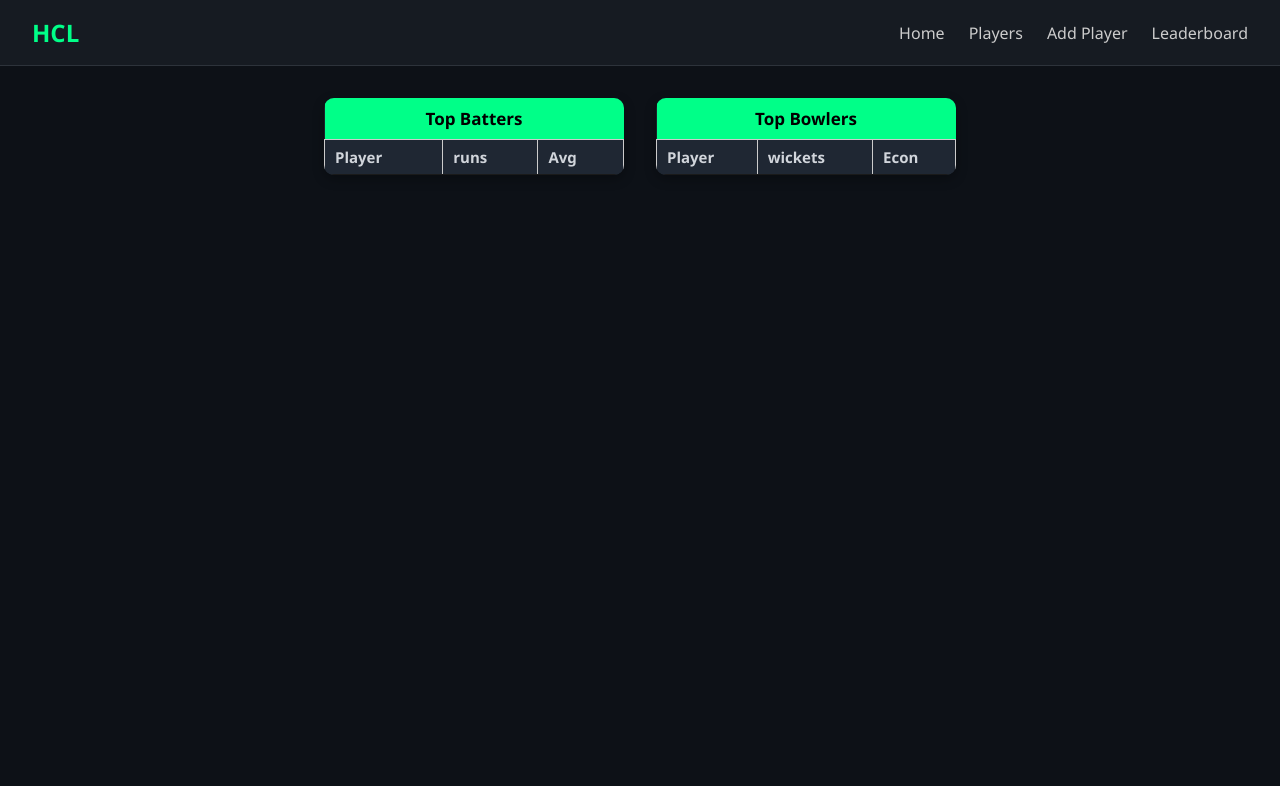
Repository: DanTastic-Dev/HCL
Page: / (app in cricket-app/)
These files come from the project's save history. The page is drawn as it stood at one moment and after the next save; the edit follows.
The browser window is 1280 px wide. The pictures show the whole page.
The page's requests for data from a server got no answer. The project was rebuilt for these pictures with package versions that can differ from the ones it lists, and the page was loaded fresh each time. No one was signed in, and anything a server would have sent is missing. Also part of the build but not shown: cricket-app/src/components/TopPerformers.jsx, cricket-app/src/components/IntroAnimation.css, cricket-app/src/components/PlayerForm.jsx, cricket-app/src/components/PlayerTable.jsx, cricket-app/src/pages/AddPlayerPage.jsx, cricket-app/src/components/PlayerCard.jsx, cricket-app/src/pages/ViewPlayersPage.jsx, cricket-app/src/pages/LeaderboardPage.jsx and 1 more.

Above is the page before, as saved 2025-06-18 15:42:34.

### cricket-app/public/index.html
<!DOCTYPE html>
<html lang="en">
  <head>
    <meta charset="UTF-8" />
    <meta name="viewport" content="width=device-width, initial-scale=1.0"/>
    <title>Cricket Stats App</title>
  </head>
  <body>
    <div id="root"></div>
  </body>
</html>

### cricket-app/src/index.js
import React from 'react';
import ReactDOM from 'react-dom/client';
import AppWithAnimation from './AppWithAnimation';
import './index.css';

const root = ReactDOM.createRoot(document.getElementById('root'));
root.render(
    <React.StrictMode>
        <AppWithAnimation />
    </React.StrictMode>
);

### cricket-app/src/AppWithAnimation.jsx
import React, { useState } from 'react';
import App from './App';
import IntroAnimation from './components/IntroAnimation';

const AppWithAnimation = () => {
    const [showIntro, setShowIntro] = useState(true);

    return showIntro ? <IntroAnimation onComplete={() => setShowIntro(false)} /> : <App />;
};

export default AppWithAnimation;

### cricket-app/src/index.css
/* index.css */

* {
  margin: 0;
  padding: 0;
  box-sizing: border-box;
  font-family: 'Segoe UI', Tahoma, Geneva, Verdana, sans-serif;
}

body {
  background-color: #f4f6f8;
  color: #333;
}

button {
  cursor: pointer;
  background-color: #007bff;
  border: none;
  color: white;
  padding: 8px 14px;
  border-radius: 4px;
  transition: background-color 0.2s ease;
}

button:hover {
  background-color: #0056b3;
}

input {
  padding: 8px;
  margin: 4px 0;
  border-radius: 4px;
  border: 1px solid #ccc;
  width: 100%;
}

table {
  width: 100%;
  border-collapse: collapse;
}

th, td {
  padding: 12px;
  border: 1px solid #ccc;
  text-align: left;
}

th {
  background-color: #e9ecef;
}

.container {
  max-width: 1200px;
  margin: 0 auto;
  padding: 20px;
}

/* index.css */
body, html {
  margin: 0;
  padding: 0;
  background-color: #0D1117; /* Deep black */
  color: #FFFFFF;
  font-family: 'Segoe UI', sans-serif;
  min-height: 100vh;
}

### cricket-app/src/App.js
import React from "react";
import { BrowserRouter as Router, Routes, Route } from "react-router-dom";
import HomePage from "./pages/HomePage";
import AddPlayerPage from "./pages/AddPlayerPage";
import ViewPlayersPage from "./pages/ViewPlayersPage";
import LeaderboardPage from "./pages/LeaderboardPage";
import EditPlayerPage from "./pages/EditPlayerPage"; // ✅ Add this line
import Navbar from "./components/Navbar";

const App = () => {
    return (
        <Router>
            <div style={{
                backgroundColor: "#0D1117",
                color: "#FFFFFF",
                minHeight: "100vh"
            }}>
                <Navbar />
                <Routes>
                    <Route path="/" element={<HomePage />} />
                    <Route path="/add" element={<AddPlayerPage />} />
                    <Route path="/players" element={<ViewPlayersPage />} />
                    <Route path="/leaderboard" element={<LeaderboardPage />} />
                    <Route path="/edit/:id" element={<EditPlayerPage />} /> {/* ✅ Add this */}
                </Routes>
            </div>
        </Router>
    );
};

export default App;

### cricket-app/src/components/IntroAnimation.jsx
import React, { useEffect, useState, useMemo } from "react";
import "./IntroAnimation.css";

const IntroAnimation = ({ topBatter, topBowler, onComplete }) => {
  const [displayText, setDisplayText] = useState("");
  const [stepIndex, setStepIndex] = useState(0);
  const [charIndex, setCharIndex] = useState(0);
  const [isTyping, setIsTyping] = useState(true);

  // 🛡️ If required data is missing, skip the intro
  useEffect(() => {
    if (!topBatter || !topBowler) {
      console.warn("Missing topBatter or topBowler, skipping intro animation");
      onComplete?.();
    }
  }, [topBatter, topBowler, onComplete]);

  const batterAvg =
    topBatter?.innings - topBatter?.notOuts > 0
      ? (topBatter.runs / (topBatter.innings - topBatter.notOuts)).toFixed(2)
      : "-";

  const batterSR =
    topBatter?.ballsFaced > 0
      ? ((topBatter.runs / topBatter.ballsFaced) * 100).toFixed(2)
      : "-";

  const bowlerEco =
    topBowler?.overs > 0
      ? (topBowler.runsGiven / topBowler.overs).toFixed(2)
      : "-";

  const steps = useMemo(() => {
    if (!topBatter || !topBowler) return [];

    return [
      `🏏 ${topBatter.runs} runs... ${batterAvg} avg... ${batterSR} SR...`,
      `🔥 Top Run Getter`,
      `${topBatter.name}`,
      `🎯 ${topBowler.wickets} wickets... ${bowlerEco} economy...`,
      `🔥 Top Wicket Taker`,
      `${topBowler.name}`,
    ];
  }, [topBatter, topBowler, batterAvg, batterSR, bowlerEco]);

  const isNameStep = stepIndex === 2 || stepIndex === 5;
  const isTitleStep = stepIndex === 1 || stepIndex === 4;

  useEffect(() => {
    if (!steps.length || !isTyping) return;

    const currentText = steps[stepIndex];
    if (charIndex < currentText.length) {
      const timeout = setTimeout(() => {
        setDisplayText((prev) => prev + currentText[charIndex]);
        setCharIndex((prev) => prev + 1);
      }, 30);
      return () => clearTimeout(timeout);
    } else {
      setIsTyping(false);
      setTimeout(() => {
        setCharIndex(0);
        setDisplayText("");
        if (stepIndex < steps.length - 1) {
          setStepIndex((prev) => prev + 1);
          setIsTyping(true);
        } else {
          setTimeout(() => onComplete?.(), 800);
        }
      }, 1200);
    }
  }, [charIndex, isTyping, stepIndex, steps, onComplete]);

  return (
    <div
      style={{
        height: "100vh",
        backgroundColor: "#0D1117",
        color: "#00FF88",
        display: "flex",
        alignItems: "center",
        justifyContent: "center",
        fontSize: isNameStep ? "3rem" : "2.3rem",
        fontWeight: "bold",
        fontFamily: "monospace",
        letterSpacing: "1.5px",
        textAlign: "center",
        padding: "0 2rem",
        transition: "font-size 0.3s ease-in-out",
      }}
    >
      <span className={isNameStep ? "reveal-name" : isTitleStep ? "reveal-title" : ""}>
        {steps.length > 0 ? displayText : ""}
      </span>
    </div>
  );
};

export default IntroAnimation;

### cricket-app/src/pages/HomePage.jsx
import React, { useEffect, useState } from "react";
import TopPerformers from "../components/TopPerformers";
import MiniLeaderboards from "../components/MiniLeaderboards";
import IntroAnimation from "../components/IntroAnimation";

const HomePage = () => {
  const [players, setPlayers] = useState([]);
  const [showIntro, setShowIntro] = useState(false);
  const [topBatter, setTopBatter] = useState(null);
  const [topBowler, setTopBowler] = useState(null);

  useEffect(() => {
    const hasPlayedIntro = sessionStorage.getItem("hasPlayedIntro");

    fetch("http://localhost:5000/players")
      .then((res) => res.json())
      .then((data) => {
        setPlayers(data);

        const sortedBatters = [...data].sort((a, b) => b.runs - a.runs);
        const sortedBowlers = [...data].sort((a, b) => b.wickets - a.wickets);

        setTopBatter(sortedBatters[0]);
        setTopBowler(sortedBowlers[0]);

        // Only show intro if it hasn't already played
        if (!hasPlayedIntro) {
          setShowIntro(true);
        }
      });
  }, []);

  const handleIntroComplete = () => {
    sessionStorage.setItem("hasPlayedIntro", "true");
    setShowIntro(false);
  };

  return (
    <div style={{ backgroundColor: "#0D1117", color: "#FFFFFF", minHeight: "100vh" }}>
      {showIntro && topBatter && topBowler ? (
        <IntroAnimation
          topBatter={topBatter}
          topBowler={topBowler}
          onComplete={handleIntroComplete}
        />
      ) : (
        <>
          <TopPerformers players={players} />
          <MiniLeaderboards players={players} />
        </>
      )}
    </div>
  );
};

export default HomePage;

### cricket-app/src/components/Navbar.jsx
// src/components/Navbar.js
import React from "react";
import { Link } from "react-router-dom";

const Navbar = () => {
    return (
        <nav style={{
            backgroundColor: "#161B22",
            padding: "1rem 2rem",
            display: "flex",
            alignItems: "center",
            justifyContent: "space-between",
            borderBottom: "1px solid #2D333B",
            position: "sticky",
            top: 0,
            zIndex: 1000
        }}>
            <div style={{ fontSize: "1.5rem", fontWeight: "bold", color: "#00FF88" }}>
                HCL
            </div>
            <div style={{ display: "flex", gap: "1.5rem" }}>
                <Link to="/" style={navLinkStyle}>Home</Link>
                <Link to="/players" style={navLinkStyle}>Players</Link>
                <Link to="/add" style={navLinkStyle}>Add Player</Link>
                <Link to="/leaderboard" style={navLinkStyle}>Leaderboard</Link>
            </div>
        </nav>
    );
};

const navLinkStyle = {
    color: "#ccc",
    textDecoration: "none",
    fontSize: "1rem",
    transition: "color 0.3s",
};

export default Navbar;

### cricket-app/src/components/MiniLeaderboards.jsx
import React from "react";

const MiniLeaderboards = ({ players }) => {
    const topBatters = [...players].sort((a, b) => b.runs - a.runs).slice(0, 5);
    const topBowlers = [...players].sort((a, b) => b.wickets - a.wickets).slice(0, 5);

    const getBattingAverage = (player) =>
        player.innings - player.notOuts > 0
            ? (player.runs / (player.innings - player.notOuts)).toFixed(2)
            : "-";

    const getEconomy = (player) =>
        player.overs > 0
            ? (player.runsGiven / player.overs).toFixed(2)
            : "-";

    return (
        <div style={{
            display: "flex",
            justifyContent: "center",
            flexWrap: "wrap",
            gap: "2rem",
            padding: "2rem",
            backgroundColor: "#0D1117",
            color: "#d1d5db"
        }}>
            {[{ title: "Top Batters", data: topBatters, keys: ["runs", "Avg"] }, { title: "Top Bowlers", data: topBowlers, keys: ["wickets", "Econ"] }]
                .map((section, i) => (
                    <div
                        key={i}
                        style={{
                            transition: 'transform 0.3s ease, box-shadow 0.3s ease',
                            borderRadius: "10px",
                            backgroundColor: "#1C222A",
                            boxShadow: "0 4px 12px rgba(0,0,0,0.3)",
                            overflow: "hidden",
                            width: "300px"
                        }}
                        onMouseEnter={(e) => {
                            e.currentTarget.style.transform = 'translateY(-4px)';
                            e.currentTarget.style.boxShadow = '0 0 10px rgba(0, 255, 136, 0.5)';
                        }}
                        onMouseLeave={(e) => {
                            e.currentTarget.style.transform = 'translateY(0)';
                            e.currentTarget.style.boxShadow = '0 4px 12px rgba(0,0,0,0.3)';
                        }}
                    >
                        <table style={{
                            width: "100%",
                            borderCollapse: "collapse",
                            fontSize: "15px",
                            color: "#d1d5db",
                            backgroundColor: "transparent",
                            border: "none",
                            outline: "none"
                        }}>
                            <thead style={{ backgroundColor: "#1f2733" }}>
                                <tr>
                                    <th colSpan="3" style={{
                                        backgroundColor: "#00FF88",
                                        color: "#000",
                                        padding: "9px",
                                        fontSize: "17px",
                                        fontWeight: "bold",
                                        textAlign: "center",
                                        border: "none"
                                    }}>
                                        {section.title}
                                    </th>
                                </tr>
                                <tr>
                                    <th style={{
                                        padding: "7px 10px",
                                        textAlign: "left",
                                        color: "#d1d5db",
                                        backgroundColor: "#1f2733",
                                        borderBottom: "1px solid #1a1a1a"
                                    }}>Player</th>
                                    <th style={{
                                        padding: "7px 10px",
                                        textAlign: "left",
                                        color: "#d1d5db",
                                        backgroundColor: "#1f2733",
                                        borderBottom: "1px solid #1a1a1a"
                                    }}>{section.keys[0]}</th>
                                    <th style={{
                                        padding: "7px 10px",
                                        textAlign: "left",
                                        color: "#d1d5db",
                                        backgroundColor: "#1f2733",
                                        borderBottom: "1px solid #1a1a1a"
                                    }}>{section.keys[1]}</th>
                                </tr>
                            </thead>
                            <tbody>
                                {section.data.map((player, idx) => (
                                    <tr key={player._id} style={{ borderBottom: "1px solid #1a1a1a" }}>
                                        <td style={{ padding: "7px 10px" }}>{idx + 1}. {player.name}</td>
                                        <td style={{ padding: "7px 10px" }}>
                                            {section.keys[0] === "runs" ? player.runs : player.wickets}
                                        </td>
                                        <td style={{ padding: "7px 10px" }}>
                                            {section.keys[1] === "Avg"
                                                ? getBattingAverage(player)
                                                : getEconomy(player)}
                                        </td>
                                    </tr>
                                ))}
                            </tbody>
                        </table>
                    </div>
                ))}
        </div>
    );
};

export default MiniLeaderboards;

After the next save:
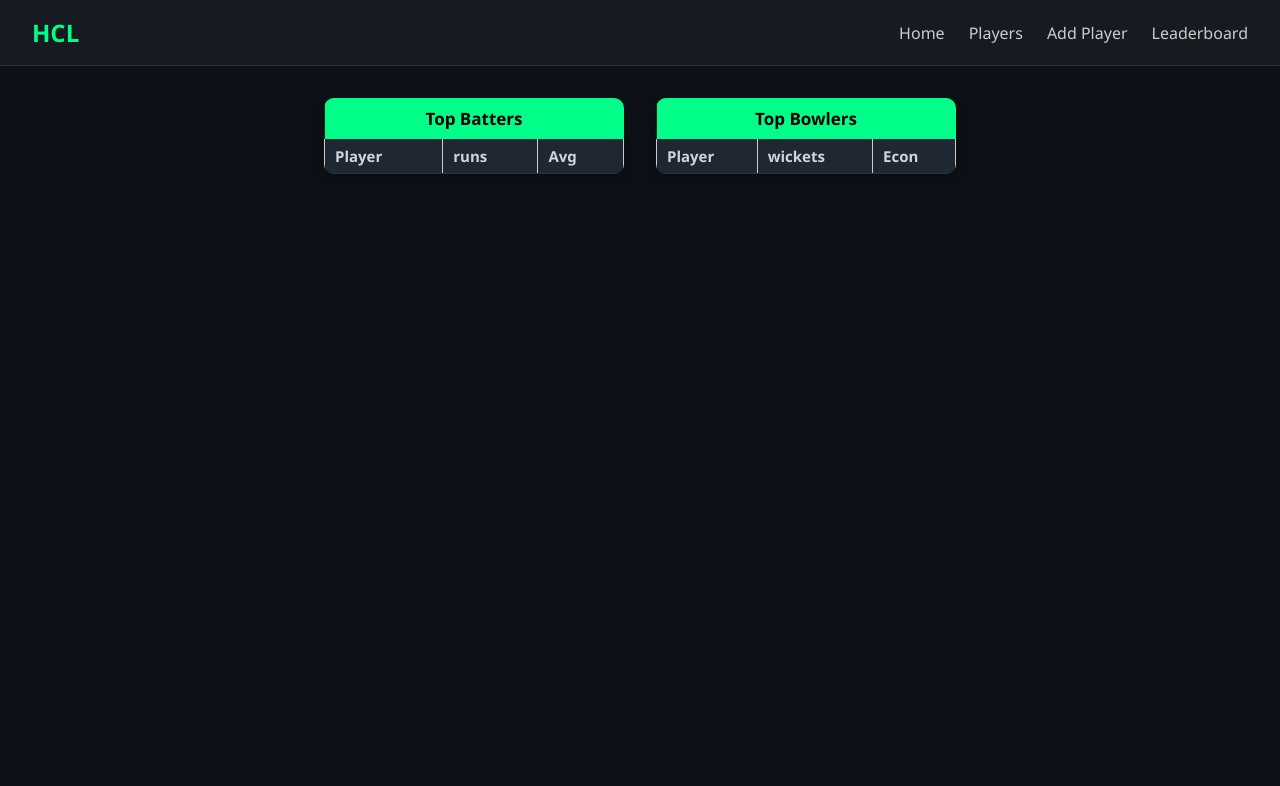
Saved 2 min 37 s later.
--- a/cricket-app/src/components/MiniLeaderboards.jsx
+++ b/cricket-app/src/components/MiniLeaderboards.jsx
@@ -34,7 +34,9 @@ const MiniLeaderboards = ({ players }) => {
                             backgroundColor: "#1C222A",
                             boxShadow: "0 4px 12px rgba(0,0,0,0.3)",
                             overflow: "hidden",
-                            width: "300px"
+                            width: "300px",
+                            outline: "none",
+                            border: "none"
                         }}
                         onMouseEnter={(e) => {
                             e.currentTarget.style.transform = 'translateY(-4px)';
@@ -50,9 +52,9 @@ const MiniLeaderboards = ({ players }) => {
                             borderCollapse: "collapse",
                             fontSize: "15px",
                             color: "#d1d5db",
-                            backgroundColor: "transparent",
-                            border: "none",
-                            outline: "none"
+                            border: "none",        // ✅ explicitly removes table border
+                            outline: "none",       // ✅ explicitly removes table outline
+                            boxShadow: "none"      // ✅ ensures no default shadows
                         }}>
                             <thead style={{ backgroundColor: "#1f2733" }}>
                                 <tr>
@@ -74,32 +76,35 @@ const MiniLeaderboards = ({ players }) => {
                                         textAlign: "left",
                                         color: "#d1d5db",
                                         backgroundColor: "#1f2733",
-                                        borderBottom: "1px solid #1a1a1a"
+                                        borderBottom: "1px solid #2D333B",
+                                        borderTop: "none"
                                     }}>Player</th>
                                     <th style={{
                                         padding: "7px 10px",
                                         textAlign: "left",
                                         color: "#d1d5db",
                                         backgroundColor: "#1f2733",
-                                        borderBottom: "1px solid #1a1a1a"
+                                        borderBottom: "1px solid #2D333B",
+                                        borderTop: "none"
                                     }}>{section.keys[0]}</th>
                                     <th style={{
                                         padding: "7px 10px",
                                         textAlign: "left",
                                         color: "#d1d5db",
                                         backgroundColor: "#1f2733",
-                                        borderBottom: "1px solid #1a1a1a"
+                                        borderBottom: "1px solid #2D333B",
+                                        borderTop: "none"
                                     }}>{section.keys[1]}</th>
                                 </tr>
                             </thead>
                             <tbody>
                                 {section.data.map((player, idx) => (
                                     <tr key={player._id} style={{ borderBottom: "1px solid #1a1a1a" }}>
-                                        <td style={{ padding: "7px 10px" }}>{idx + 1}. {player.name}</td>
-                                        <td style={{ padding: "7px 10px" }}>
+                                        <td style={{ padding: "7px 10px", border: "none" }}>{idx + 1}. {player.name}</td>
+                                        <td style={{ padding: "7px 10px", border: "none" }}>
                                             {section.keys[0] === "runs" ? player.runs : player.wickets}
                                         </td>
-                                        <td style={{ padding: "7px 10px" }}>
+                                        <td style={{ padding: "7px 10px", border: "none" }}>
                                             {section.keys[1] === "Avg"
                                                 ? getBattingAverage(player)
                                                 : getEconomy(player)}
